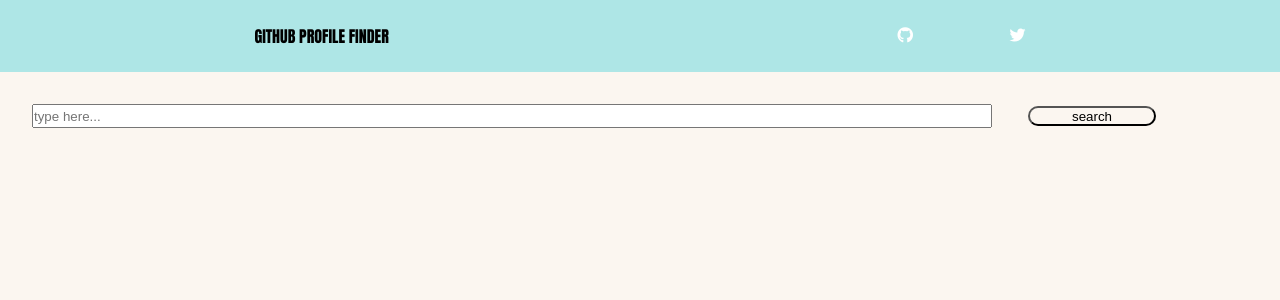
Repository: nilesjamex/githubprofilefinder
Page: index.html
These files come from the project's save history. The page is drawn as it stood at one moment and after the next save; the edit follows.
The browser window is 1280 px wide. The pictures show the whole page.

Above is the page before, as saved 2020-11-18 23:28:39.

After the next save:
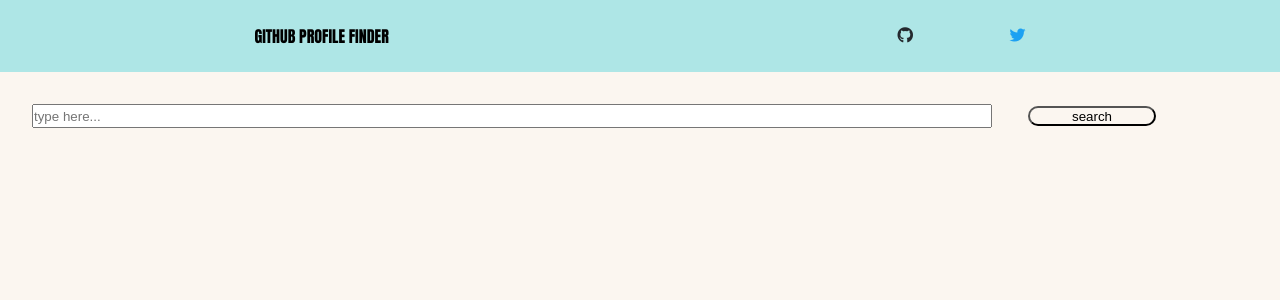
Saved 5 min 8 s later.
--- a/index.html
+++ b/index.html
@@ -18,10 +18,10 @@
       </div>
       <ul>
           <li>
-            <a href="https://github.com/nilesjamex/githubprofilefinder"><i class="fab fa-github"></i></a>
+            <a href="https://github.com/nilesjamex/githubprofilefinder"><i class="fab fa-github" style="color: #24292E;"></i></a>
           </li>
           <li>
-              <a href="https://twitter.com/niles_jamex"><i class="fab fa-twitter"></i></a>
+              <a href="https://twitter.com/niles_jamex"><i class="fab fa-twitter" style="color:#1DA1F2;"></i></a>
           </li>
       </ul>
 
